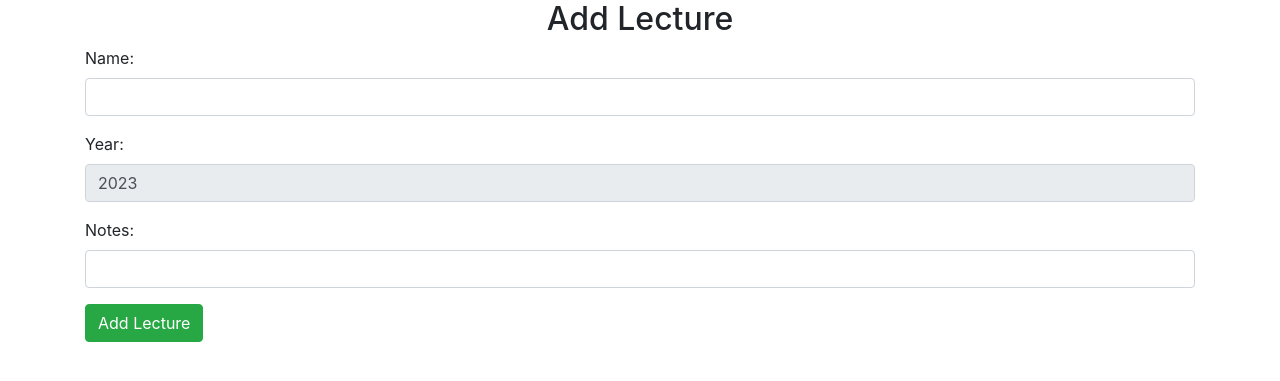
Repository: USTriett/Java-Servlet-JDBC-JSP-
Page: http://localhost/StudentManageServlet/addlecture
These files come from the project's save history. The page is drawn as it stood at one moment and after the next save; the edit follows.
The browser window is 1280 px wide. The pictures show the whole page.
The page is served by Tomcat 9.

Above is the page before, as saved 2023-04-19 14:08:22.

After the next save:
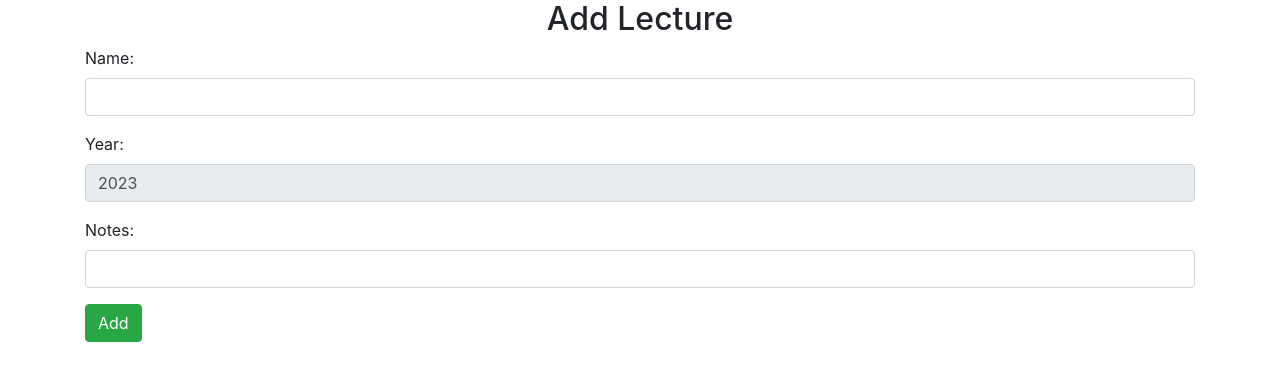
Saved 2 min 18 s later.
--- a/StudentManageServlet/src/main/webapp/WebContent/AddLectureInToCourse.jsp
+++ b/StudentManageServlet/src/main/webapp/WebContent/AddLectureInToCourse.jsp
@@ -40,7 +40,7 @@
 				  <label for="notes">Notes:</label>
                                   <input type="text" class="form-control" id="notes" value="" name="notes"/>
 				</div>
-				<button class="btn btn-success">Add Lecture</button>
+				<button class="btn btn-success">Add</button>
                             </form>
 			</div>
 		</div>
